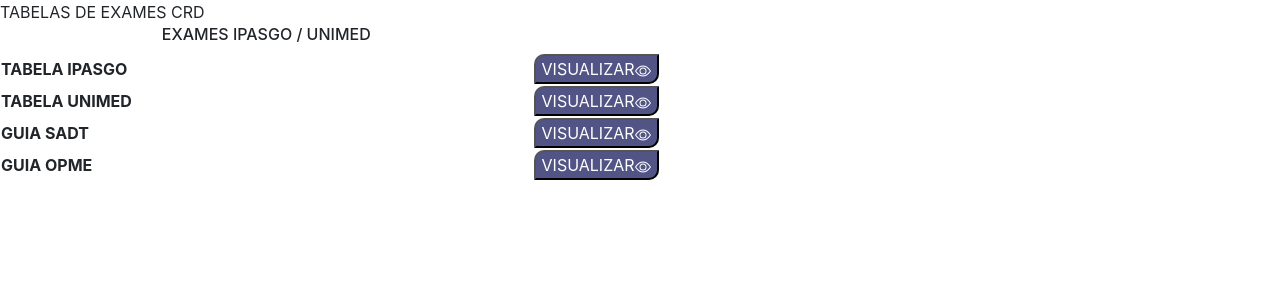
Repository: Leandromarim/INTRANET_PARTICULAR
Page: exames_CRD.html
These files come from the project's save history. The page is drawn as it stood at one moment and after the next save; the edit follows.
The browser window is 1280 px wide. The pictures show the whole page.

Above is the page before, as saved 2021-12-29 15:50:25.
Not found: ajax.js

### exames_CRD.html
<!DOCTYPE html>
<html lang="pt-br">

<head>
    <meta charset="UTF-8" />
    <meta http-equiv="X-UA-Compatible" content="IE=edge" />
    <meta name="viewport" content="width=device-width, initial-scale=1.0" />
    <link rel="stylesheet" href="./assets/css/bootstrap-grid.css" />
    <link rel="stylesheet" href="./assets/css/bootstrap-grid.min.css" />
    <link rel="stylesheet" href="./assets/css/bootstrap.css" />
    <link rel="stylesheet" href="./assets/css/bootstrap.css" />
    <link rel="stylesheet" href="./assets/css/tables.css" />
    <link rel="stylesheet" href="./assets/css/body.css" />
    <link rel="stylesheet" href="https://stackpath.bootstrapcdn.com/bootstrap/4.1.3/css/bootstrap.min.css" integrity="sha384-MCw98/SFnGE8fJT3GXwEOngsV7Zt27NXFoaoApmYm81iuXoPkFOJwJ8ERdknLPMO" crossorigin="anonymous" />
    <link rel="icon" href="./image/ico/ico_ha.ico" />
    <title>Intranet 2.0</title>
</head>

<body>
    <header id="mainheader"></header>
    <main>
        <section class="container-titulo-tabela">
            <span class="titulo-docs">TABELAS DE EXAMES CRD</span>
        </section>
        <div class="table-centralizado">
            <table class="col-sm-6 col-lg-8">
                <thead>
                    <th class="titulo-setor" colspan="2">
                        <h6>EXAMES IPASGO / UNIMED</h6>
                    </th>
                </thead>
                <tbody class="col-sm-6 col-lg-8">
                    <tr>
                        <th class="titulo">TABELA IPASGO</th>
                        <td><a href="doc/tabelas_exames/exames_CRD/exames_ipasgo-CRD.pdf" target="self"><button type="button" class="btn-visualizar">VISUALIZAR<svg xmlns="http://www.w3.org/2000/svg" width="16" height="16" fill="currentColor" class="bi bi-eye" viewBox="0 0 16 16">
                    <path d="M16 8s-3-5.5-8-5.5S0 8 0 8s3 5.5 8 5.5S16 8 16 8zM1.173 8a13.133 13.133 0 0 1 1.66-2.043C4.12 4.668 5.88 3.5 8 3.5c2.12 0 3.879 1.168 5.168 2.457A13.133 13.133 0 0 1 14.828 8c-.058.087-.122.183-.195.288-.335.48-.83 1.12-1.465 1.755C11.879 11.332 10.119 12.5 8 12.5c-2.12 0-3.879-1.168-5.168-2.457A13.134 13.134 0 0 1 1.172 8z"/>
                    <path d="M8 5.5a2.5 2.5 0 1 0 0 5 2.5 2.5 0 0 0 0-5zM4.5 8a3.5 3.5 0 1 1 7 0 3.5 3.5 0 0 1-7 0z"/>
                  </svg></button></a></td>
                    </tr>
                    <tr>
                        <th class="titulo">TABELA UNIMED</th>
                        <td><a href="doc/tabelas_exames/exames_CRD/exames_unimed-CRD.pdf"target="self"><button type="button" class="btn-visualizar">VISUALIZAR<svg xmlns="http://www.w3.org/2000/svg" width="16" height="16" fill="currentColor" class="bi bi-eye" viewBox="0 0 16 16">
                    <path d="M16 8s-3-5.5-8-5.5S0 8 0 8s3 5.5 8 5.5S16 8 16 8zM1.173 8a13.133 13.133 0 0 1 1.66-2.043C4.12 4.668 5.88 3.5 8 3.5c2.12 0 3.879 1.168 5.168 2.457A13.133 13.133 0 0 1 14.828 8c-.058.087-.122.183-.195.288-.335.48-.83 1.12-1.465 1.755C11.879 11.332 10.119 12.5 8 12.5c-2.12 0-3.879-1.168-5.168-2.457A13.134 13.134 0 0 1 1.172 8z"/>
                    <path d="M8 5.5a2.5 2.5 0 1 0 0 5 2.5 2.5 0 0 0 0-5zM4.5 8a3.5 3.5 0 1 1 7 0 3.5 3.5 0 0 1-7 0z"/>
                  </svg></button></a></td>
                    </tr>
                    <tr>
                        <th class="titulo">GUIA SADT</th>
                        <td><a href="doc/guias/saudeitau_sadt.pdf" target="self"><button type="button" class="btn-visualizar">VISUALIZAR<svg xmlns="http://www.w3.org/2000/svg" width="16" height="16" fill="currentColor" class="bi bi-eye" viewBox="0 0 16 16">
                    <path d="M16 8s-3-5.5-8-5.5S0 8 0 8s3 5.5 8 5.5S16 8 16 8zM1.173 8a13.133 13.133 0 0 1 1.66-2.043C4.12 4.668 5.88 3.5 8 3.5c2.12 0 3.879 1.168 5.168 2.457A13.133 13.133 0 0 1 14.828 8c-.058.087-.122.183-.195.288-.335.48-.83 1.12-1.465 1.755C11.879 11.332 10.119 12.5 8 12.5c-2.12 0-3.879-1.168-5.168-2.457A13.134 13.134 0 0 1 1.172 8z"/>
                    <path d="M8 5.5a2.5 2.5 0 1 0 0 5 2.5 2.5 0 0 0 0-5zM4.5 8a3.5 3.5 0 1 1 7 0 3.5 3.5 0 0 1-7 0z"/>
                  </svg></button></a></td>
                    </tr>
                    <tr>
                        <th class="titulo">GUIA OPME</th>
                        <td><a href="doc/guias/saudeitau_opme.pdf" target="self"><button type="button" class="btn-visualizar">VISUALIZAR<svg xmlns="http://www.w3.org/2000/svg" width="16" height="16" fill="currentColor" class="bi bi-eye" viewBox="0 0 16 16">
                    <path d="M16 8s-3-5.5-8-5.5S0 8 0 8s3 5.5 8 5.5S16 8 16 8zM1.173 8a13.133 13.133 0 0 1 1.66-2.043C4.12 4.668 5.88 3.5 8 3.5c2.12 0 3.879 1.168 5.168 2.457A13.133 13.133 0 0 1 14.828 8c-.058.087-.122.183-.195.288-.335.48-.83 1.12-1.465 1.755C11.879 11.332 10.119 12.5 8 12.5c-2.12 0-3.879-1.168-5.168-2.457A13.134 13.134 0 0 1 1.172 8z"/>
                    <path d="M8 5.5a2.5 2.5 0 1 0 0 5 2.5 2.5 0 0 0 0-5zM4.5 8a3.5 3.5 0 1 1 7 0 3.5 3.5 0 0 1-7 0z"/>
                  </svg></button></a></td>
                    </tr>
                </tbody>
            </table>
        </div>
        <br><br><br><br><br><br><br><br><br>
    </main>
    <footer id="mainfooter"></footer>
</body>
<script src="assets/js/bootstrap.js"></script>
<script src="ajax.js"></script>

</html>

### assets/css/tables.css
section.table-centralizado, thead{
    position: relative;
    display: flex;
    align-items: center;
    align-content: center;
    justify-content: center;
    justify-items: center;
}

.tabela {
    position: relative;
    display: flex;
    align-items: center;
    align-content: center;
    justify-items: center;
    justify-content: center;
}

thead h2.titulo-tabela {
    position: relative;
    display: flex;
    justify-content: center;
    justify-items: center;
    align-items: center;
    align-content: center;
}


main table.table {
    background-color: #fff;
}

th.celula,
td.coluna {
    color: #525486;
    text-transform: uppercase;
}

th {
    border-radius: 20px;
}

td .btn-visualizar {
    background-color: #525486;
    color: #fff;
    border-radius: 10px 0 10px 0;
}

td .btn-visualizar:hover {
    background-color: #fff;
    color: #525486;
}

### assets/css/body.css
.container-card {
    display: flex;
    position: relative;
    align-items: center;
    align-content: center;
    justify-content: center;
    justify-items: center;
}

.container-card img {
    border-radius: 20px 0 20px 0;
}

div.card {
    position: relative;
    display: flex;
    width: 20rem;
    margin: 5px;
    padding: 1px;
    background-color: #525486;
    border-radius: 20px 0 20px 0;
    top: 10px;
}

#card-text {
    display: flex;
    position: relative;
    color: white;
    align-content: center;
    align-items: center;
    justify-content: center;
    justify-items: center;
}

.titulo-docs h2 {
    position: relative;
    display: flex;
    justify-content: center;
    color: #525486;
}

Loaded but not shown: assets/css/bootstrap-grid.css (library); assets/css/bootstrap-grid.min.css (library); assets/css/bootstrap.css (library); assets/js/bootstrap.js (library)

After the next save:
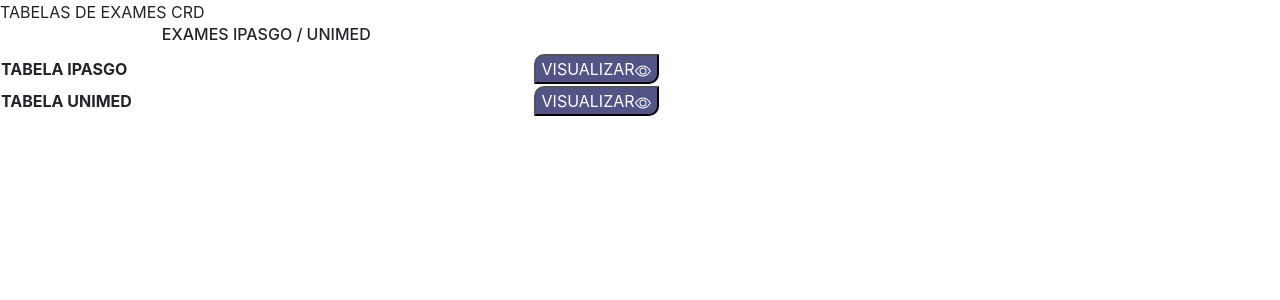
Saved 20 s later.
--- a/exames_CRD.html
+++ b/exames_CRD.html
@@ -44,20 +44,6 @@
                     <path d="M8 5.5a2.5 2.5 0 1 0 0 5 2.5 2.5 0 0 0 0-5zM4.5 8a3.5 3.5 0 1 1 7 0 3.5 3.5 0 0 1-7 0z"/>
                   </svg></button></a></td>
                     </tr>
-                    <tr>
-                        <th class="titulo">GUIA SADT</th>
-                        <td><a href="doc/guias/saudeitau_sadt.pdf" target="self"><button type="button" class="btn-visualizar">VISUALIZAR<svg xmlns="http://www.w3.org/2000/svg" width="16" height="16" fill="currentColor" class="bi bi-eye" viewBox="0 0 16 16">
-                    <path d="M16 8s-3-5.5-8-5.5S0 8 0 8s3 5.5 8 5.5S16 8 16 8zM1.173 8a13.133 13.133 0 0 1 1.66-2.043C4.12 4.668 5.88 3.5 8 3.5c2.12 0 3.879 1.168 5.168 2.457A13.133 13.133 0 0 1 14.828 8c-.058.087-.122.183-.195.288-.335.48-.83 1.12-1.465 1.755C11.879 11.332 10.119 12.5 8 12.5c-2.12 0-3.879-1.168-5.168-2.457A13.134 13.134 0 0 1 1.172 8z"/>
-                    <path d="M8 5.5a2.5 2.5 0 1 0 0 5 2.5 2.5 0 0 0 0-5zM4.5 8a3.5 3.5 0 1 1 7 0 3.5 3.5 0 0 1-7 0z"/>
-                  </svg></button></a></td>
-                    </tr>
-                    <tr>
-                        <th class="titulo">GUIA OPME</th>
-                        <td><a href="doc/guias/saudeitau_opme.pdf" target="self"><button type="button" class="btn-visualizar">VISUALIZAR<svg xmlns="http://www.w3.org/2000/svg" width="16" height="16" fill="currentColor" class="bi bi-eye" viewBox="0 0 16 16">
-                    <path d="M16 8s-3-5.5-8-5.5S0 8 0 8s3 5.5 8 5.5S16 8 16 8zM1.173 8a13.133 13.133 0 0 1 1.66-2.043C4.12 4.668 5.88 3.5 8 3.5c2.12 0 3.879 1.168 5.168 2.457A13.133 13.133 0 0 1 14.828 8c-.058.087-.122.183-.195.288-.335.48-.83 1.12-1.465 1.755C11.879 11.332 10.119 12.5 8 12.5c-2.12 0-3.879-1.168-5.168-2.457A13.134 13.134 0 0 1 1.172 8z"/>
-                    <path d="M8 5.5a2.5 2.5 0 1 0 0 5 2.5 2.5 0 0 0 0-5zM4.5 8a3.5 3.5 0 1 1 7 0 3.5 3.5 0 0 1-7 0z"/>
-                  </svg></button></a></td>
-                    </tr>
                 </tbody>
             </table>
         </div>
